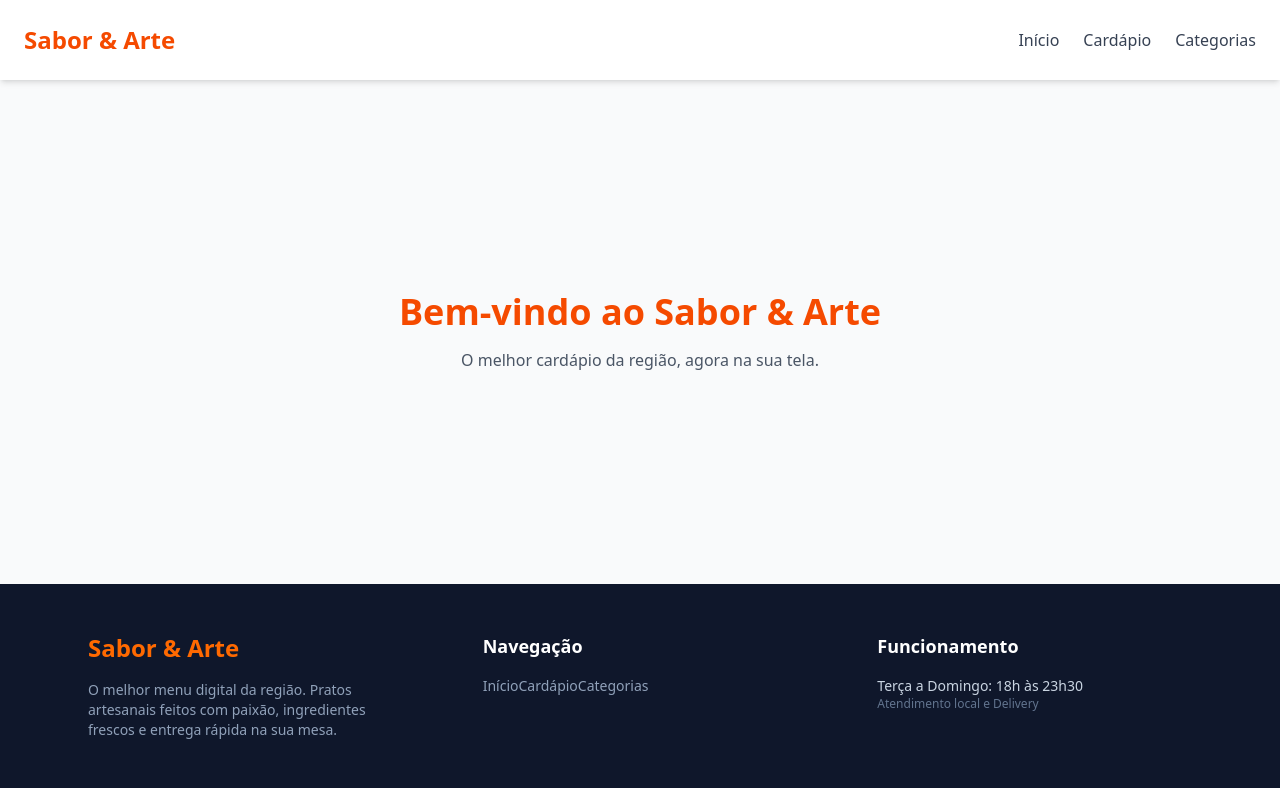
Repository: LuigiBLombardo/Next---Atividade
Page: / (app in sistema-cardapio/)
These files come from the project's save history. The page is drawn as it stood at one moment and after a run of saves; the edit follows.
The browser window is 1280 px wide. The pictures show the whole page.
The project was rebuilt for these pictures with package versions that can differ from the ones it lists, and the page was loaded fresh each time. The framework's server and built-in components were replaced by stand-ins that run in the browser. Also part of the build but not shown: sistema-cardapio/next.config.mjs.

Above is the page before, as saved 2026-09-04 19:47:31.

After the next 2 saves:
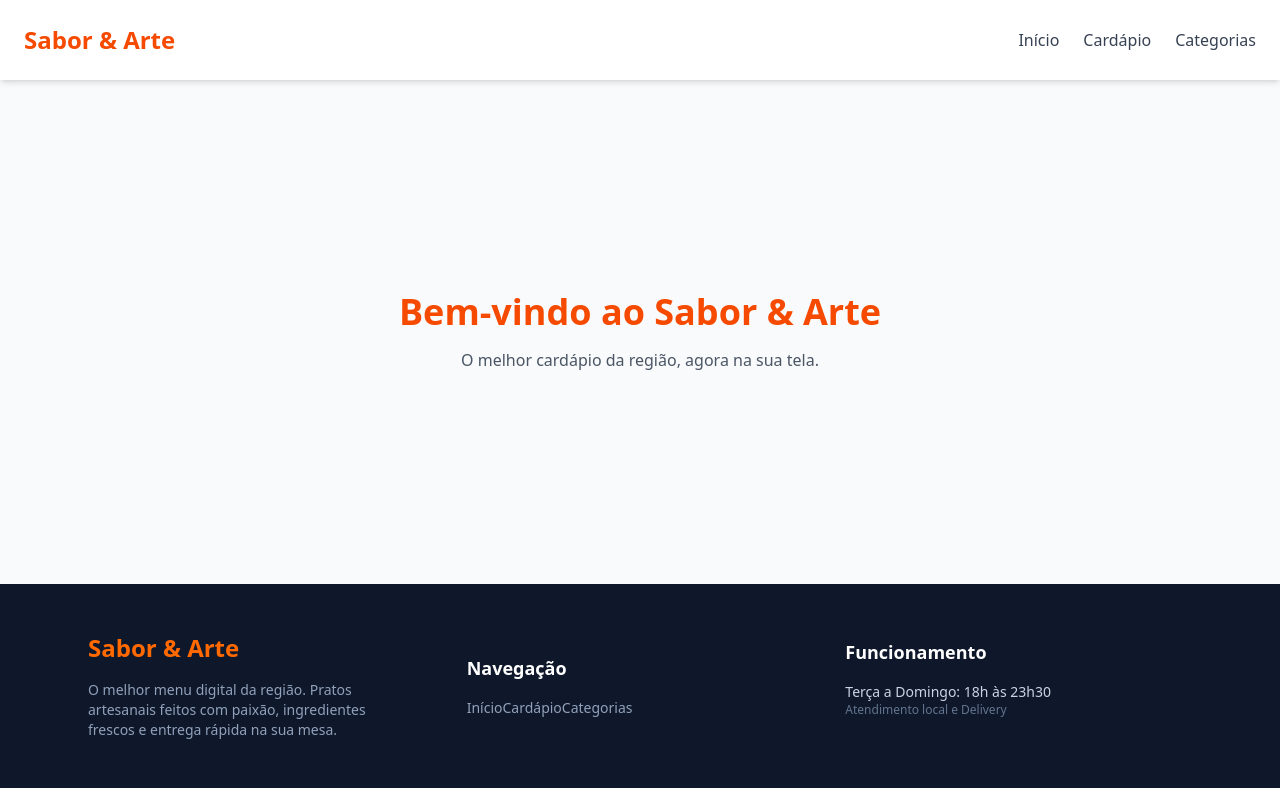
The 2 saves are shown as one change because they came seconds apart.
The last was saved 11 s later.
--- a/sistema-cardapio/src/components/Footer.js
+++ b/sistema-cardapio/src/components/Footer.js
@@ -4,7 +4,7 @@ export default function Footer(){
     return (
         <footer className="w-full bg-slate-900 text-slate-400 pt-12">
 
-            <div className="max-w-6xl mx-auto px-6 pb-12 grid grid-cols-1 md:grid-cols-3 gap-20">
+            <div className="max-w-6xl mx-auto px-6 pb-12 grid grid-cols-1 md:grid-cols-3 gap-8 items-center">
 
                 <div>
                     <h2 className="text-2xl font-bold text-orange-500 mb-4">
